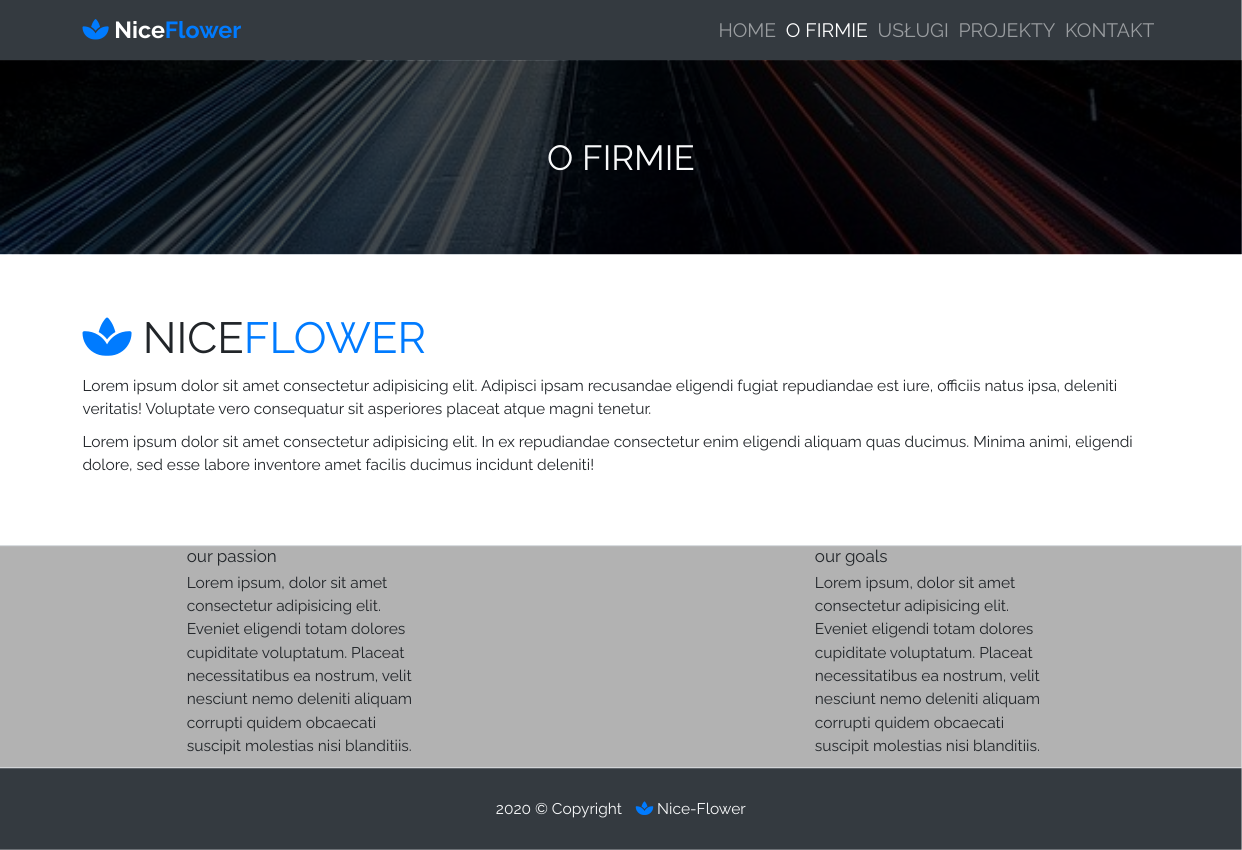
Repository: KrzysKolo/Projekt-13_Kwiaciarnia
Page: abouteus.html
These files come from the project's save history. The page is drawn as it stood at one moment and after the next save; the edit follows.
The browser window is 1280 px wide. The pictures show the whole page, at 97% of full size.
Some web libraries are served in a nearby version.

Above is the page before, as saved 2020-08-10 09:32:40.

After the next save:
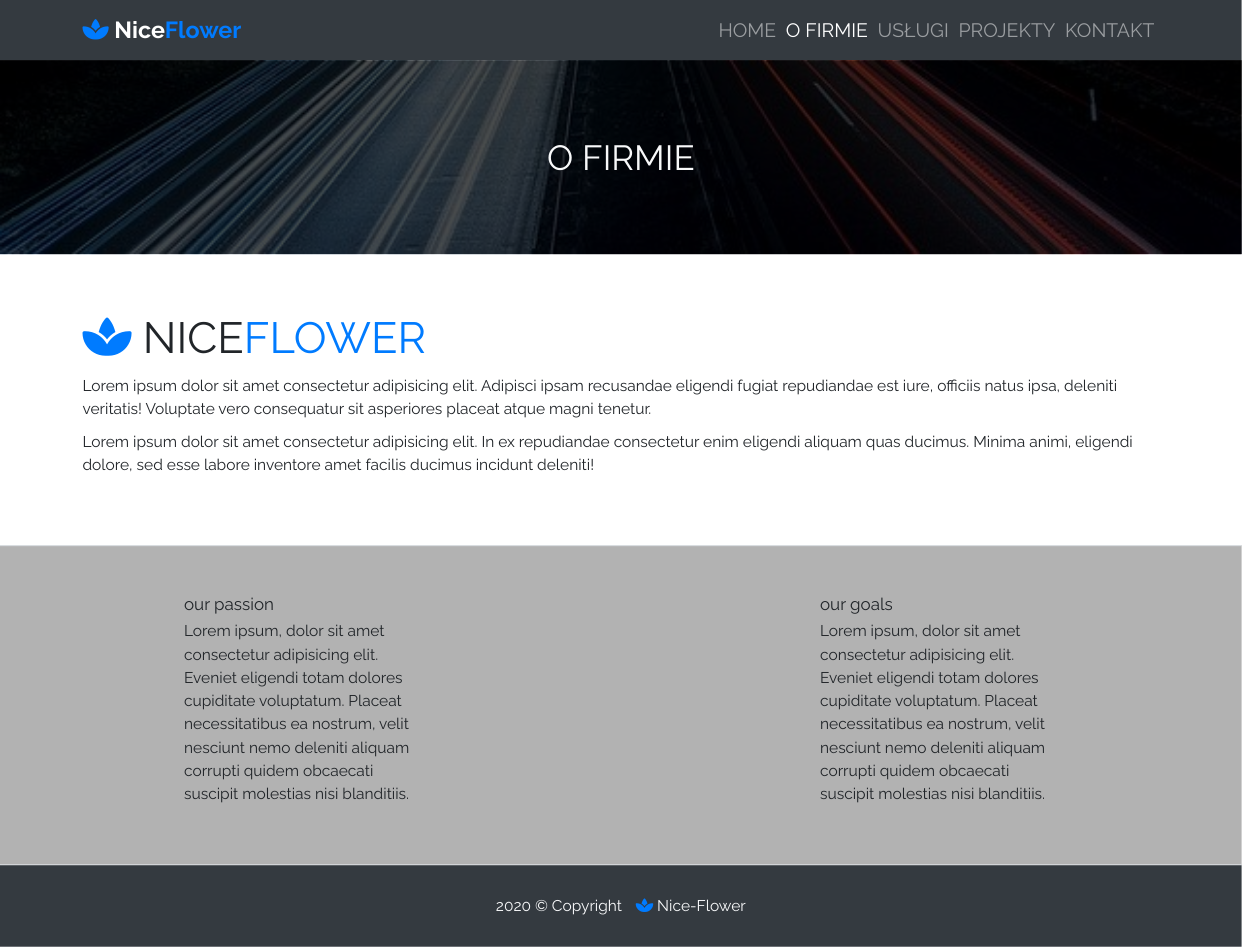
Saved 76 s later.
--- a/style.css
+++ b/style.css
@@ -113,6 +113,12 @@ header {
 .aboutus-info {
   background-color: rgba(0, 0, 0, 0.3);
 }
+.aboutus-info .container {
+  padding: 2em 0.5em;
+}
+.aboutus-text {
+  padding: 1.8rem;
+}
 /* ----------- */
 /*    footer   */
 /* ----------- */
